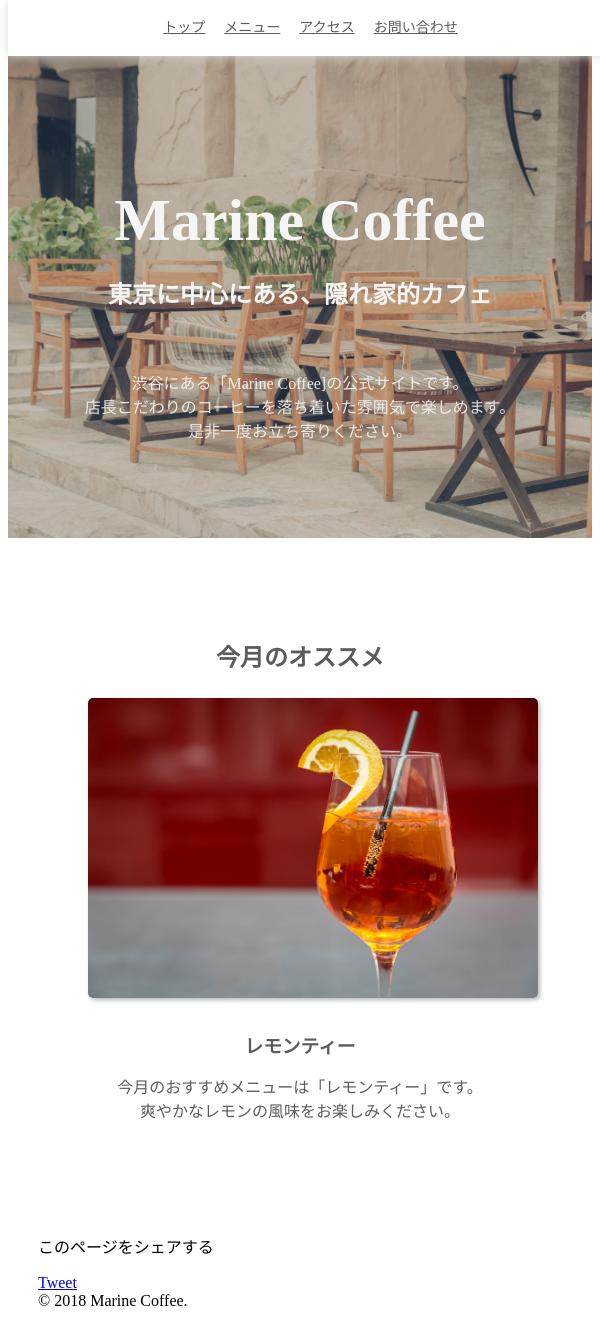
Repository: Kazuya888/samurai_HTML-CSS
Page: marine_coffee/index1.html
The author's editor kept a record of every edit. The page is drawn from the files as they stood at one moment, then again after the next edit.
The browser window is 600 px wide. The pictures show the whole page.

Above is the page before.

### marine_coffee/index1.html
<!DOCTYPE html>
git init
<!DOCTYPE html>
<html lang="ja">
    <head>
         <meta charset="utf-8">
         <title> Marine Coffee　|　トップページ </title>
         <meta name="viewport" content="width=device-width, initial-scale=1">
         <meta name="discription" content="東京都渋谷区にある「Marine Coffee」の公式
         ページです。季節ごとのおすすめメニューや、アクセス情報などを記載しています。">
         <link rel="shortcut icon" href="im1ages/favicon.ico">
         <link rel-"stykesheet" href="common.css">
         <link rel="stylesheet" href="index1.css">
         <link rel="stylesheet" href="responsive.css">
     </head>
     <body>
 <!-- ここに文章を書いていきます。 -->
         <div class="header">
             <div class="container">
         <div class="header-left">
          <img class="header-logo" src="images/logo.png"
    alt="Marine Co1ffee"> </div>
 <div class="header-right">
    <a href="index1.html">トップ</a>
    <a href="menu.html">メニュー</a>
    <a href="access.html">アクセス</a>
    <a href="contact.html">お問い合わせ</a>
       </div>
         </div>
 <div class="clear"></div>
     </div>
</div>
    <div class="main-visual">
        <div class="container">
            <h1 class="top-title">Marine Coffee</h1>
            <h2 class="top-subtitle">東京に中心にある、隠れ家的カフェ</h2>
            <p class="top-text">
                渋谷にある「Marine Coffee]の公式サイトです。
                <br>
                店長こだわりのコーヒーを落ち着いた雰囲気で楽しめます。
                <br>
                是非一度お立ち寄りください。
            </p>
        </div>
    </div>
    <div class="main">
        <div class="cpntainer">
            <h2>今月のオススメ</h2>
            <img class="main-image" src="images/lemon-tea.jpg"
            alt="レモンティー">
            <h3>レモンティー</h3>
            <p>
                今月のおすすめメニューは「レモンティー」です。
                <br>
                爽やかなレモンの風味をお楽しみください。
            </p>
        </div>
    </div>
    <div class="footer">
        <div class="container">
            <div class="footer-left">
                <p>このページをシェアする</p>
               <a href="https://twitter.com/share?ref_src=twsrc%5Etfw"
               class="twitter-share-button"
               data-text="Marine Coffee" data-show-count="false">Tweet</a><script async src="https://platform.twitter.com/widgets.js"
               charset="utf-8"></script>
            </div>
            <div class="footer-right">
                &copy; 2018 Marine Coffee.
            </div>
            <div class="clear"></div>
        </div>
    </div>
     </body>
 </html>

### marine_coffee/index1.css
@charset "utf-8";
.header {
    height: 56px;
    width: 100%;
    box-shadow: 0 0 10px #dddddd;
    background-color: white;
    position: fixed;
    top: 0 ;
}
.header-left{
    float: left;
}
.header-right{
    float: right;
}
.clear{
    clear: both;
}
.header-logo{
    height: 40px;
    margin-top: 8px;
}
.header-right a{
    line-height: 56px;
    color: #5a5c5f;
    margin-left: 5px;
    font-size: 16px;
    padding:16px 5px;
}
.header-right a:hover{
    background-color: #e2f1ff;
    transition: background-color 0.5s;
}
.container{
    max-width: 980px;
    padding: 0 30px;
    margin-left: auto;
    margin-right: auto;
}
.main-visual{
    padding-top: 140px;
    padding-bottom: 100px;
    background-image: url("images/main.png");
    background-size: cover;
    color: #f5f5f5;
    text-align: center;
}
.top-title {
    font-size: 64px;
    margin-bottom:10px;
}
.top-subtitle{
    font-size: 24px;
    margin-bottom: 60px;
}
.top-text{
    opacity: 0.9;
}
.main{
    padding: 80px;
    color: #5a5c5f;
    text-align: center;
}
.main h2{
    margin-bottom:25px;
}
.main-image {
    width:450px;
    margin-bottom: 10px;
    box-shadow: 2px 2px 4px #b7b7b7;
    border-radius: 5px;
}
.main h3{
    margin-bottom: 10px;
}

### marine_coffee/responsive.css
@charset "utf-8";
@media (max-width: 1024px){
    .main-visual{
       padding-top:120px;
       padding-bottom: 80px;
    }
    .top-title{
        font-size: 60px;
    }
}
@media(max-width: 670px){
    .header-left{
     display: none;
    }
    .header-right{
        float: none;
        text-align: center;
    }
    .header-right a{
        font-size: 14px;
    }

}

After the next edit:
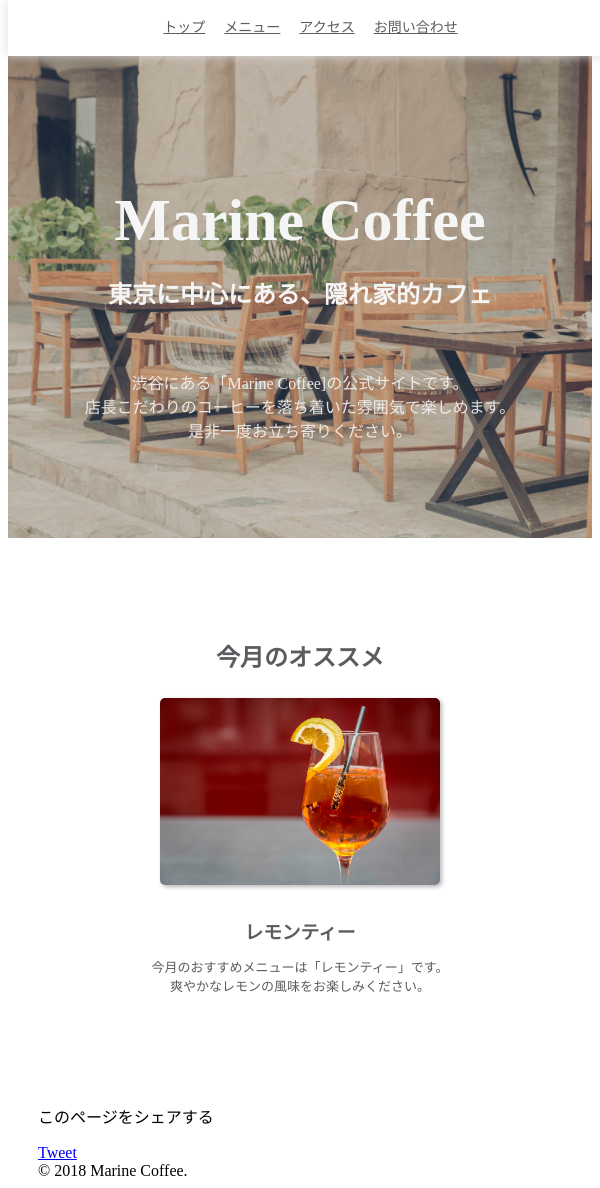
The edit:
--- a/marine_coffee/responsive.css
+++ b/marine_coffee/responsive.css
@@ -19,5 +19,13 @@
     .header-right a{
         font-size: 14px;
     }
-
+    .main{
+        padding: 60px o;
+    }
+    .main-image{
+        width:280px;
+    }
+    .main p{
+        font-size: 13px;
+    }
 }
